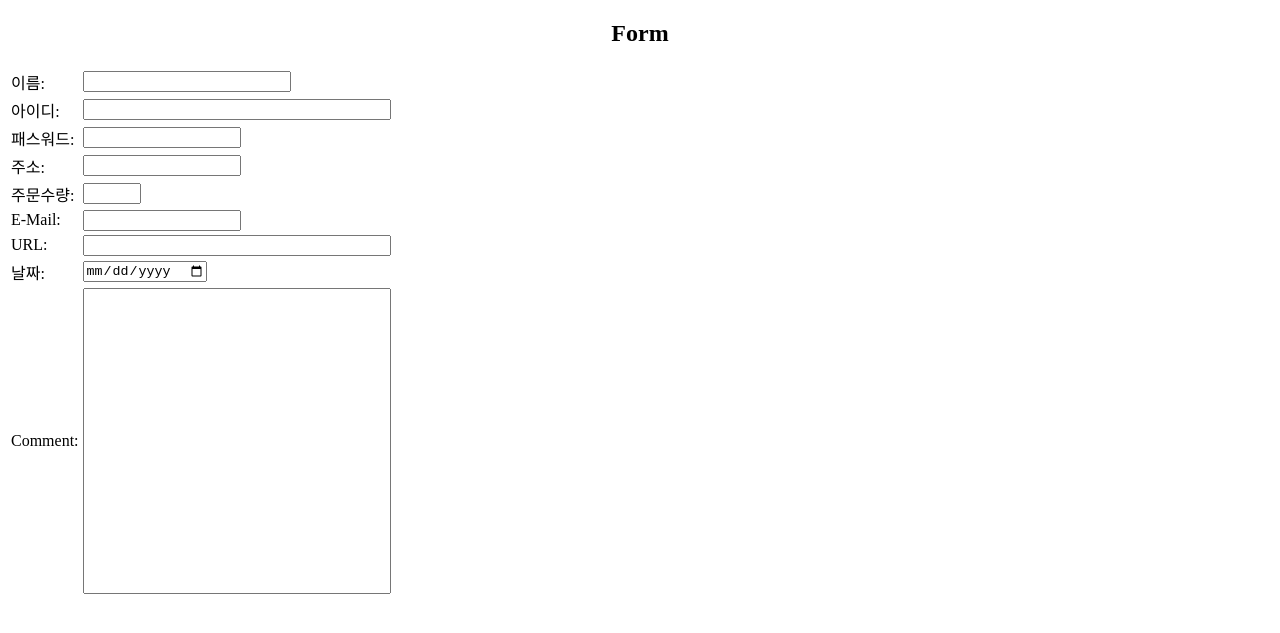
Repository: gyujin91/JSP
Page: web01/src/main/webapp/form.html
These files come from the project's save history. The page is drawn as it stood at one moment and after the next save; the edit follows.
The browser window is 1280 px wide. The pictures show the whole page.

Above is the page before, as saved 2022-04-22 05:23:40.

After the next save:
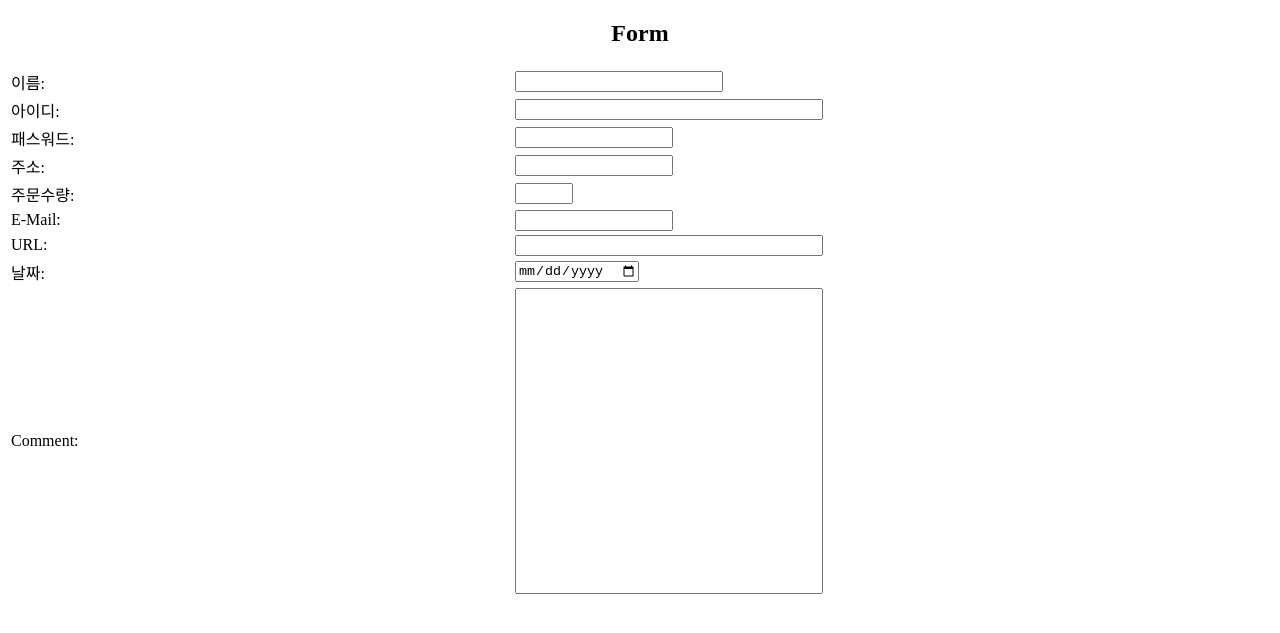
Saved 21 s later.
--- a/web01/src/main/webapp/form.html
+++ b/web01/src/main/webapp/form.html
@@ -12,7 +12,8 @@
 .input5{width:50px;}
 .input6{width:150px;}
 .input7{width:300px;}
-.input8, td1 {width: 300px; height: 300px;}
+.input8{width: 300px; height: 300px;}
+.td1{width:500px}
 </style>
 
 <title>Form Sample</title>
